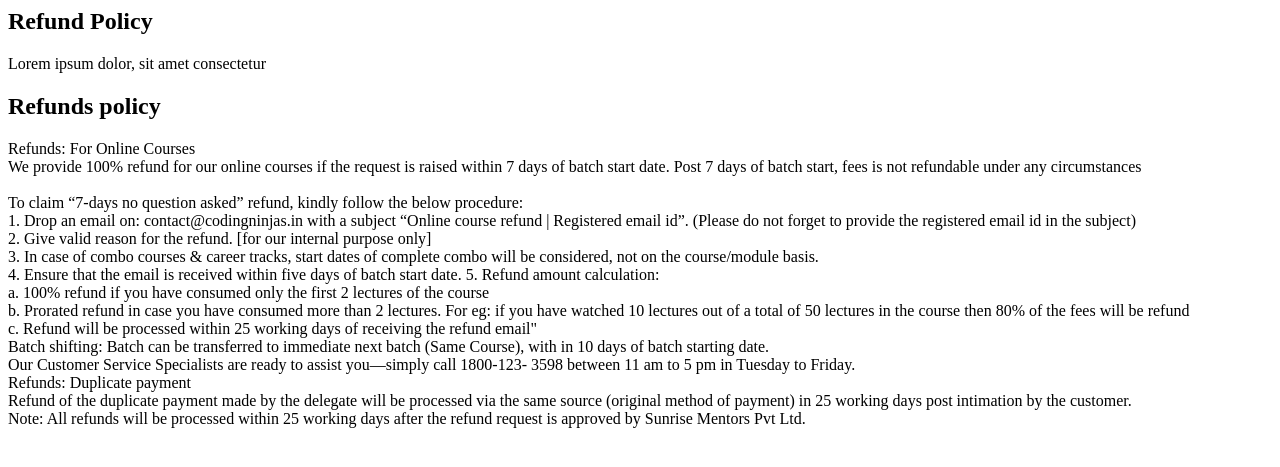
Repository: abhay3690/cheMart
Page: cheMart/cheMart/WebContent/jsp/user/refund.html
These files come from the project's save history. The page is drawn as it stood at one moment and after the next save; the edit follows.
The browser window is 1280 px wide. The pictures show the whole page.

Above is the page before, as saved 2023-11-07 10:58:58.

### cheMart/cheMart/WebContent/jsp/user/refund.html
<div class="about">
	<h2 class="heading">Refund Policy</h2>
	<p>Lorem ipsum dolor, sit amet consectetur</p>



	<div><h2>Refunds policy</h2>
	Refunds: For Online Courses<br>
We provide 100% refund for our online courses if the request is raised within 7 days
of batch start date. Post 7 days of batch start, fees is not refundable under any
circumstances<br><br>
To claim “7-days no question asked” refund, kindly follow the below procedure:<br>
1. Drop an email on: contact@codingninjas.in with a subject “Online course
refund | Registered email id”. (Please do not forget to provide the registered
email id in the subject)<br>
2. Give valid reason for the refund. [for our internal purpose only]<br>
3. In case of combo courses & career tracks, start dates of complete combo will
be considered, not on the course/module basis.<br>
4. Ensure that the email is received within five days of batch start date.
5. Refund amount calculation:<br>
a. 100% refund if you have consumed only the first 2 lectures of the
course<br>
b. Prorated refund in case you have consumed more than 2 lectures. For
eg: if you have watched 10 lectures out of a total of 50 lectures in the
course then 80% of the fees will be refund<br>
c. Refund will be processed within 25 working days of receiving the
refund email"<br>
Batch shifting: Batch can be transferred to immediate next batch (Same Course),
with in 10 days of batch starting date.<br>
Our Customer Service Specialists are ready to assist you—simply call 1800-123-
3598 between 11 am to 5 pm in Tuesday to Friday.<br>
Refunds: Duplicate payment
<br>
Refund of the duplicate payment made by the delegate will be processed via the
same source (original method of payment) in 25 working days post intimation by the
customer.
<br>
Note: All refunds will be processed within 25 working days after the refund request is
approved by Sunrise Mentors Pvt Ltd.

	</div>
</div>

After the next save:
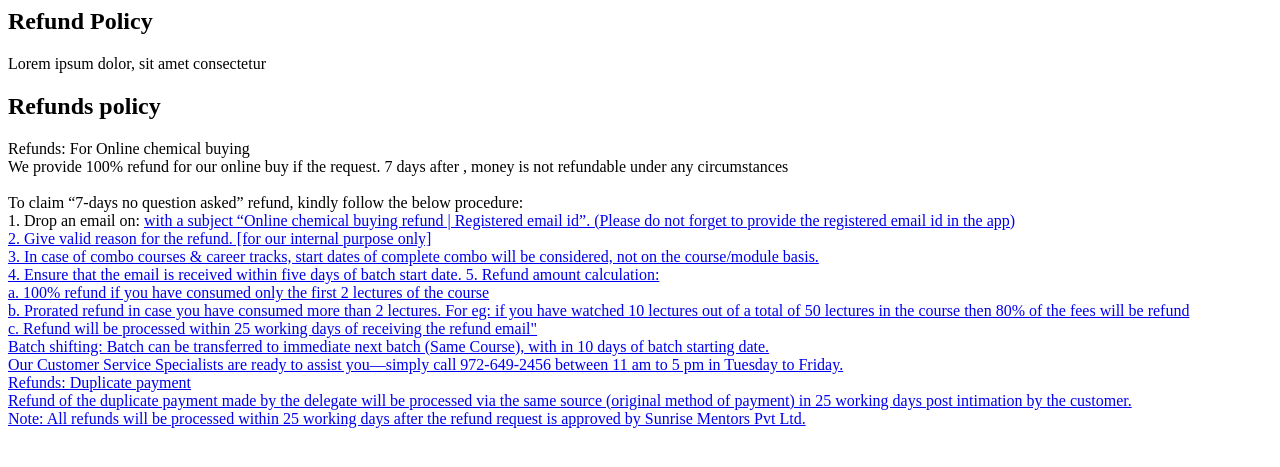
Saved 7 min 34 s later.
--- a/cheMart/cheMart/WebContent/jsp/user/refund.html
+++ b/cheMart/cheMart/WebContent/jsp/user/refund.html
@@ -5,14 +5,13 @@
 
 
 	<div><h2>Refunds policy</h2>
-	Refunds: For Online Courses<br>
-We provide 100% refund for our online courses if the request is raised within 7 days
-of batch start date. Post 7 days of batch start, fees is not refundable under any
+	Refunds: For Online chemical buying <br>
+We provide 100% refund for our online buy if the request. 7 days after , money is not refundable under any
 circumstances<br><br>
 To claim “7-days no question asked” refund, kindly follow the below procedure:<br>
-1. Drop an email on: contact@codingninjas.in with a subject “Online course
+1. Drop an email on:  <a href="abhaysuthar7777@gmail.com"> with a subject “Online chemical buying
 refund | Registered email id”. (Please do not forget to provide the registered
-email id in the subject)<br>
+email id in the app)<br>
 2. Give valid reason for the refund. [for our internal purpose only]<br>
 3. In case of combo courses & career tracks, start dates of complete combo will
 be considered, not on the course/module basis.<br>
@@ -27,8 +26,7 @@ c. Refund will be processed within 25 working days of receiving the
 refund email"<br>
 Batch shifting: Batch can be transferred to immediate next batch (Same Course),
 with in 10 days of batch starting date.<br>
-Our Customer Service Specialists are ready to assist you—simply call 1800-123-
-3598 between 11 am to 5 pm in Tuesday to Friday.<br>
+Our Customer Service Specialists are ready to assist you—simply call 972-649-2456 between 11 am to 5 pm in Tuesday to Friday.<br>
 Refunds: Duplicate payment
 <br>
 Refund of the duplicate payment made by the delegate will be processed via the
